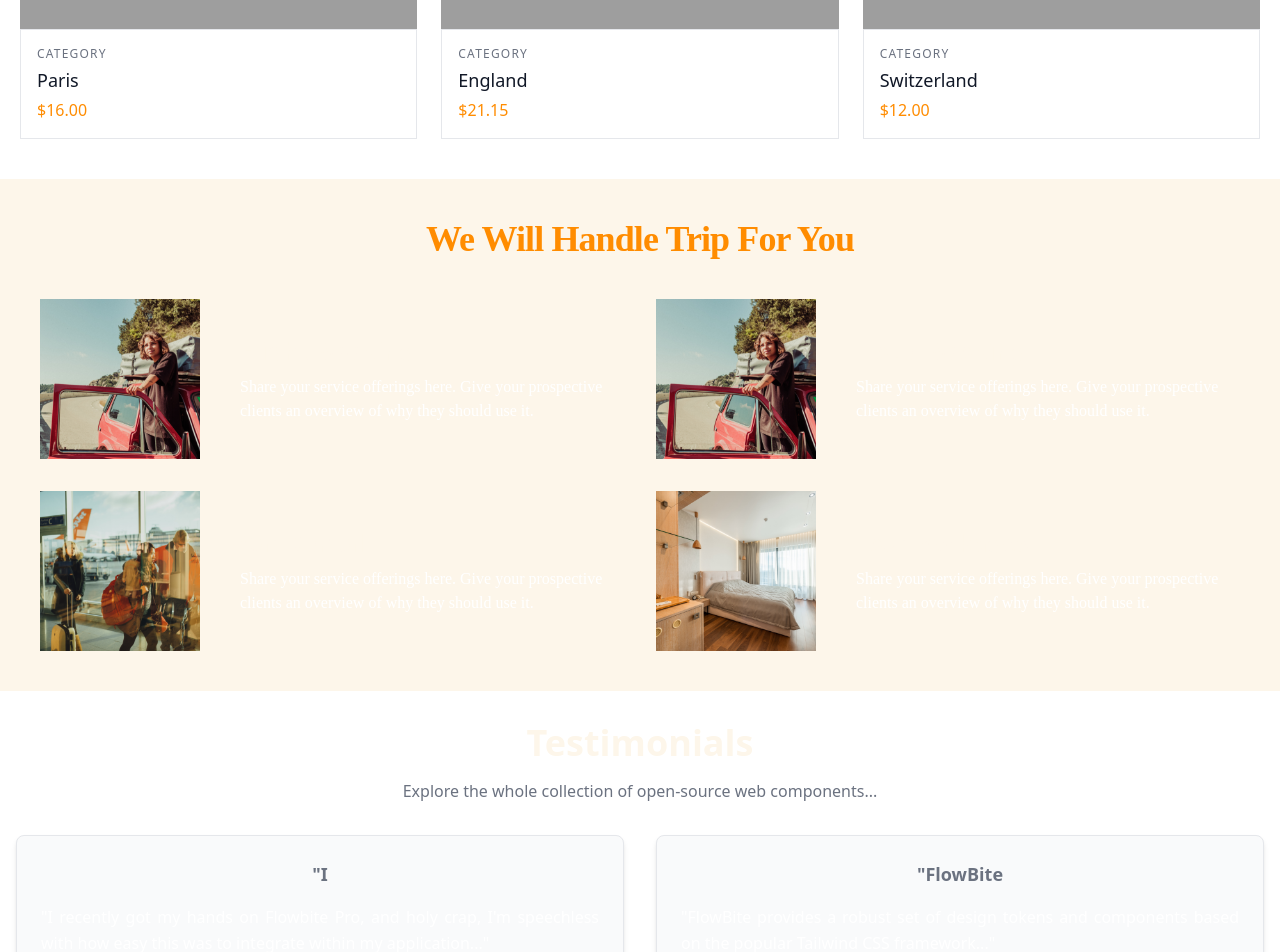
Repository: prabeshsitaula07/greatnepalholidays
Page: / (app in frontend/)
These files come from the project's save history. The page is drawn as it stood at one moment and after a run of saves; the edit follows.
The browser window is 1280 px wide. The pictures show the part of the page from y = 3009 to 3961 px (the page is 7245 px tall).
Pictures or frames that could not be fetched are drawn as grey boxes. Some web fonts or font styles are not loaded; a fallback is used. The project was rebuilt for these pictures with package versions that can differ from the ones it lists, and the page was loaded fresh each time. Also part of the build but not shown: frontend/vite.config.ts. Imported but missing from the stored project, and not drawn on this page: frontend/src/assets/bgvideo.mp4.

Above is the page before, as saved 2024-11-23 11:22:13.

After the next 3 saves:
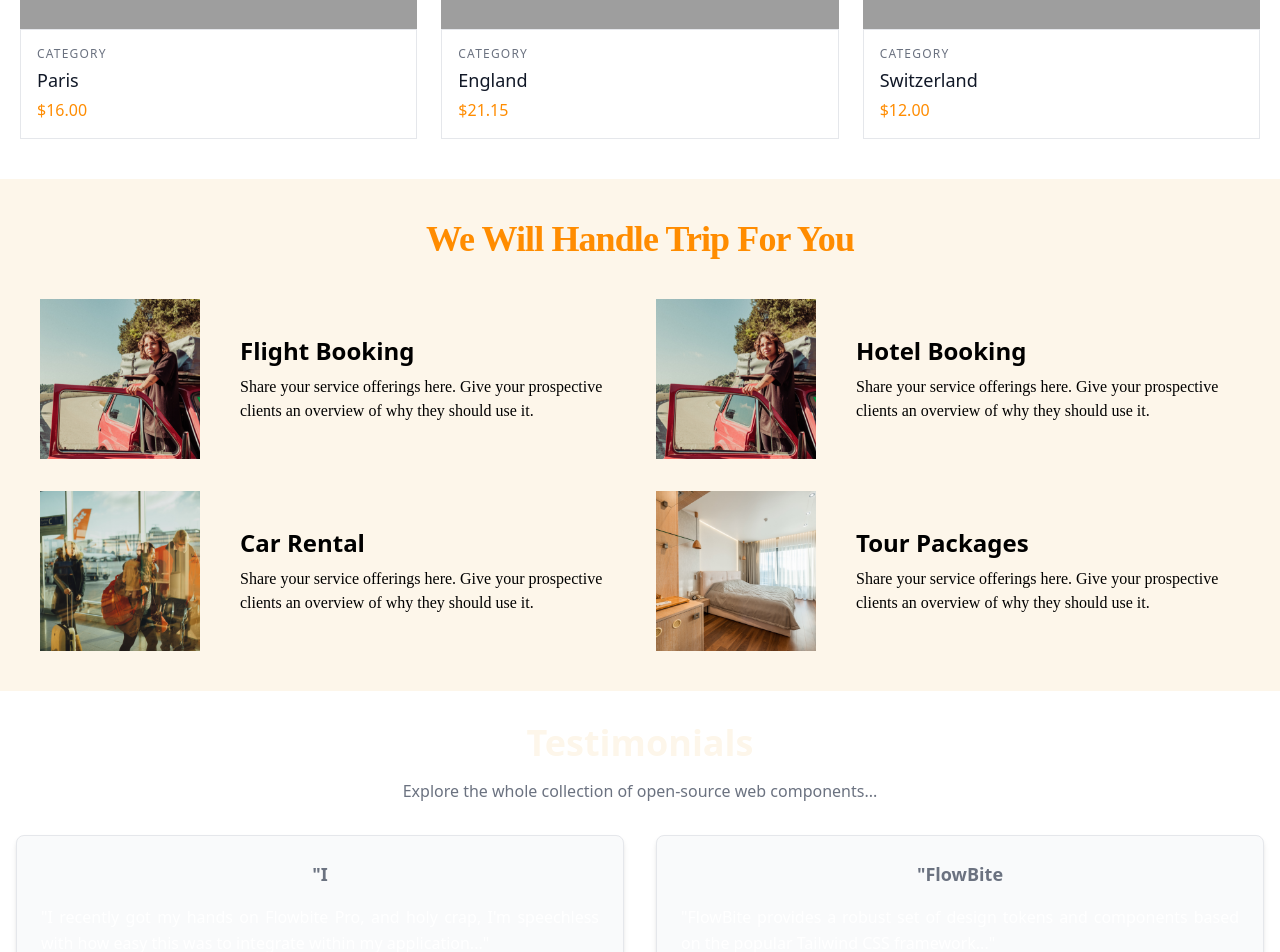
The 3 saves are shown as one change because they came seconds apart.
The last was saved 14 s later.
--- a/frontend/src/components/Services/TripHandling.tsx
+++ b/frontend/src/components/Services/TripHandling.tsx
@@ -18,8 +18,8 @@ export default function TripHandling() {
                 <div key={index} className="flex gap-10 items-center">
                   <img className="h-40 w-40" src={service.imgSrc} alt={service.title} />
                   <div>
-                      <h3 className="font-semibold pb-2 text-2xl text-primary">{service.title}</h3>
-                      <p className="font-parkinsans text-white">{service.description}</p>
+                      <h3 className="font-semibold pb-2 text-2xl text-black">{service.title}</h3>
+                      <p className="font-parkinsans text-black">{service.description}</p>
                   </div>
                 </div>
               ))}
